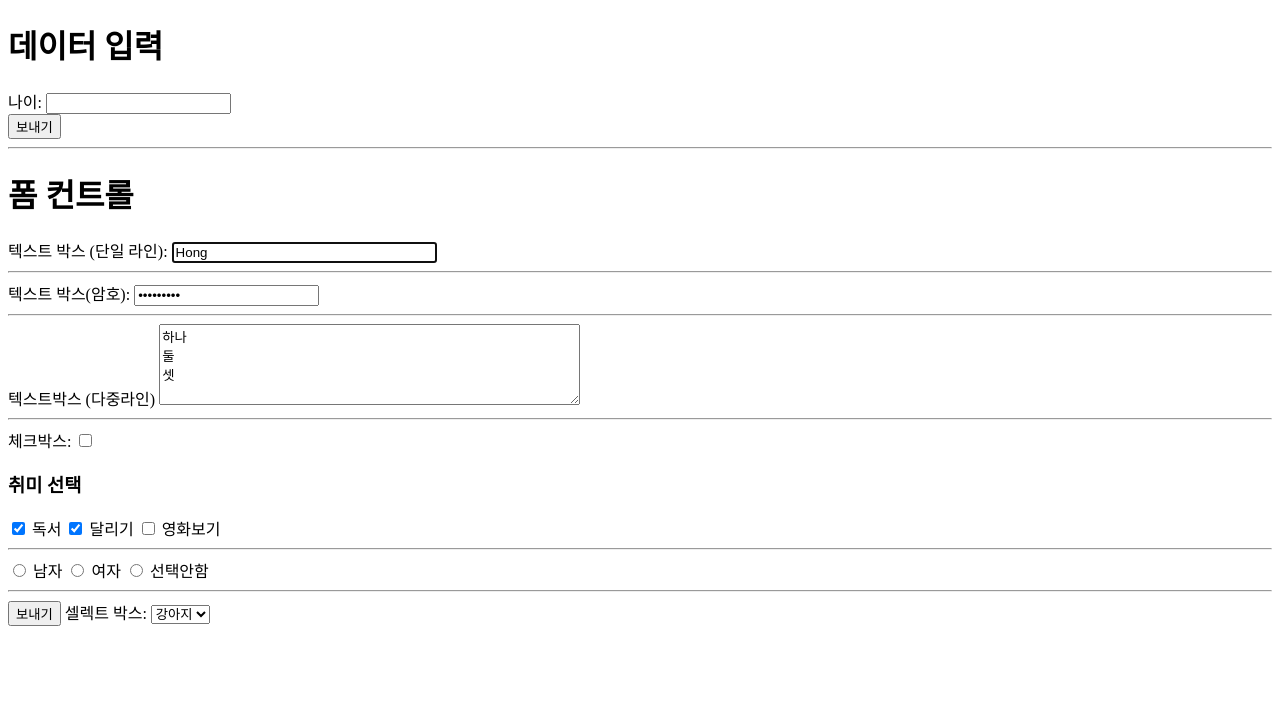
Repository: seula123/Front-End
Page: ClientTest/src/main/webapp/html/ex18_form.html
The author's editor kept a copy of each file at every save. The page is drawn from the files as they stood at one save, then again after the next save.
The browser window is 1280 px wide. The pictures show the whole page.

Above is the page before, as saved 2023-09-21 07:12:13.

### ClientTest/src/main/webapp/html/ex18_form.html
<!DOCTYPE html>
<html>
<head>
<meta charset="UTF-8">
<title>Insert title here</title>
</head>
<body>


	<!-- ex18_form.html -->

	<!--

		폼,form
		- 입력 양식, 입력 컨트롤
		- 클라이언트(사용자)로부터 입력장치(키보드, 마우스, 터치 등)을 통해서 데이터를 입력받는 역할
		- 입력 데이터> 서버로 전송 > 업무 활용 or 데이터 베이스 저장 등..
		ex) 텍스트 박스, 버튼, 체크 박스, 라디오 버튼 등..
		- <form> + <form>의 자식 태그들..



		<form>
		- 모든 입력 컨트롤을 감싸는 컨테이너
		- 스스로는 랜더링 결과가 없다. (출력되지않는다)
		- 입력한 값을 서버로 전송하는 역할(********)


		form.method
		- 데이터를 전송하는 방식
		- 택배(일반 우편| 등기 우편)
		1. POST
			- ex18_Server.jsp
			- 데이터를 상자안에 담아서 전송
			- 데이터가 노출x > 보안 o
			- 전송하는 데이터의 최대 길이 제한 > 무제한

		2. GET
			- -ex198_server.jsp?age=20
			- 데이터를 송장에 붙여서 전송
			- 전송되는 데이터가 노출(주소창)> 보안 x
			- 전송하는 데이터의 최대 길이 제한 > 256자 > 8000자 바이트
			- 긴 데이터는 전송 x

		form.action
		- 데이터를 수신하는 서버측 URL
		- 받는 사람 주소
		- 서버측 동작하고 있는 프로그램 주소 > JSP, Servlet, Spring 주소

	 -->

	 <h1> 데이터 입력</h1>

	 <form method="GET" action="ex18_server.jsp">


	 	나이: <input type = "text" name = "age">
	 	<br>
	 	<input type = "submit" value = "보내기">
	 </form>



	 <hr>

	 <h1> 폼 컨트롤 </h1>




	 <form method="get" action="ex18_server.jsp">

	 	<!--
	 		<input>
	 		- 인라인 태그
	 		- 단독 태그
	 		- input.type: 입력 컨트롤 종류 지정
	 		- input.name : 식별자
	 		- input.id : 식별자. CSS,JavaScript에서 사용
	 		- input.class : 식별자. CSS,JavaScript에서 사용
	 		- input.size: 길이(문자 개수)
	 		- input.maxlength: 최대 입력 길이(글자수)
	 		- input.readonly: 읽기 전용(전원 on)
	 		- input.disabled: 비활성화	(전원 off)
	 		- input.accesskey: 바로가기(Alt+조합ㄱ키)
            - input.autofocus: 자동 포커스
            - input.autocomplete : 자동 완성 끄기


	 	 -->

	 	텍스트 박스 (단일 라인):
	 	<input type = "text" name="txt1" id="txt1" class="txt" size = "30" value="Hong
	 	" accesskey="s" autofocus autocomplete="off">

	 	<hr>

	 	<!--

	 		암호 상자, Password Box, Masked Text Box
	 		- 모든 속성이 텍스트 박스와 동일

	 	 -->
	 	 텍스트 박스(암호):
	 	 <input type = "password" value ="12345
	 	 ">

	 	<!-- 텍스트 박스 (다중라인
	 		<textarea>
	 		- 쌍태그
	 		- 대부분의 속성은 텍스트 박스
	 		- maxlength 속성이 없다. > 많은 양의 텍스트를 입력받는 컨트롤
	 		- value 속성이 없다.
	 		- size > cols, rows
	 	-->
	 	 <hr>

	 	 텍스트박스 (다중라인)
		 <textarea cols = "50" rows="5">
하나
둘
셋
		 </textarea>

		 <hr>


		 <!-- 체크박스
		 	   - 논리값 입력

		 -->

		 체크박스:
		 <input type = "checkbox">

	 	<h3>취미 선택</h3>
	 	<input type = "checkbox" id="cb1" checked> <label for ="cb1">독서</lable>
	 	<input type = "checkbox" id ="cb2" checked
	 	> <label for = "cb2">달리기</label>
	 	<input type = "checkbox"> 영화보기

	 	<hr>

	 	<!--
	 		라디오 버튼
	 		- 체크 박스와 유사
	 		- 단일 선택 컨트롤
	 	-->
	 	<input type = "radio" name="rbGender"> 남자
	 	<input type ="radio" name="rbGender"> 여자
	 	<input type ="radio" name="rbGender"> 선택안함




		<hr>

		<!--

			셀렉트 박스
			- 콤보 박스 (Combo)
			- 드랍 다운 리스트 (Drop Down List)

			-->

	 	<input type = "submit" value ="보내기">

	 	셀렉트 박스:
	 	<select>
	 		<option>강아지</option>
	 		<option>고양이</option>
	 		<option>병아리</option>
	 	</select>


	 </form>

</body>

</html>

After the next save:
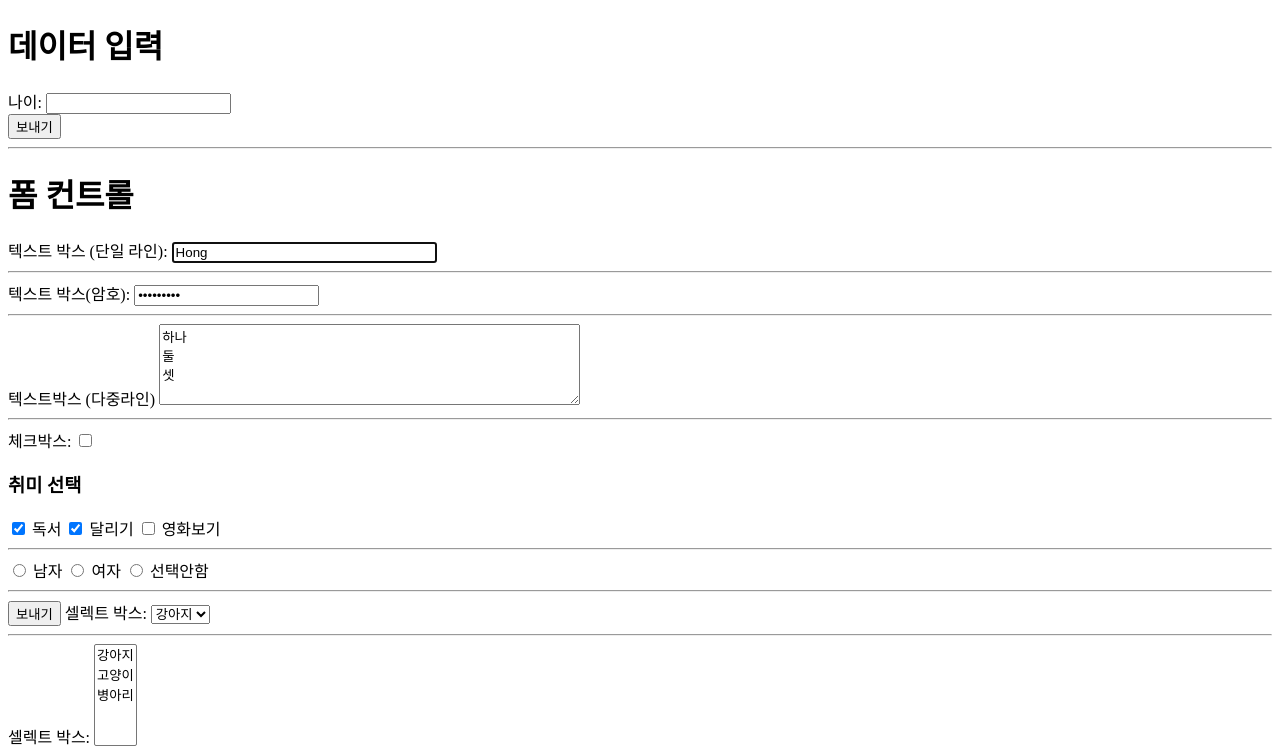
Saved 103 s later.
--- a/ClientTest/src/main/webapp/html/ex18_form.html
+++ b/ClientTest/src/main/webapp/html/ex18_form.html
@@ -172,6 +172,15 @@
 	 		<option>병아리</option>
 	 	</select>
 
+	 	<hr>
+
+	 	셀렉트 박스:
+	 	<select size="5">
+	 		<option>강아지</option>
+	 		<option>고양이</option>
+	 		<option>병아리</option>
+	 	</select>
+
 
 	 </form>
 
